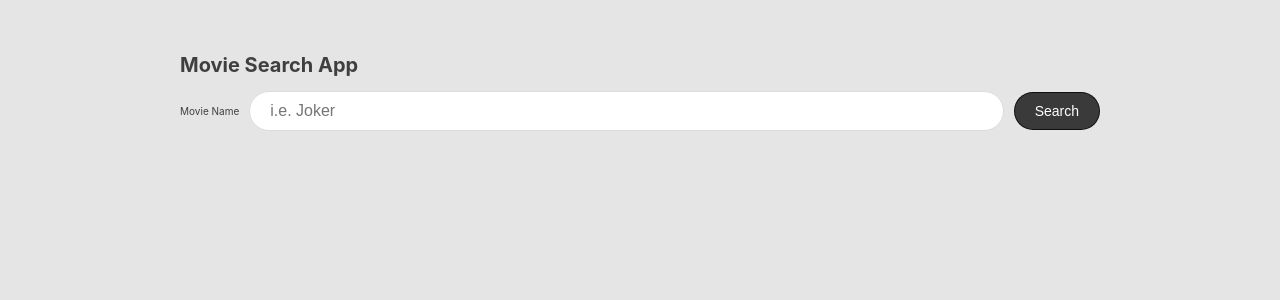
Repository: alialshara94/Movies-Search-React
Page: /
An editor plug-in stored every save of this project. The page is shown before and after the next save, followed by the edit.
The browser window is 1280 px wide. The pictures show the whole page.
The project was rebuilt for these pictures with package versions that can differ from the ones it lists, and the page was loaded fresh each time.

Above is the page before, as saved 2020-10-22 01:04:20.

### src/App.js
import React from 'react';
import './App.css';
import SearchMovies from './components/SearchMovies';

function App() {
  return (
    <div className="container">
      <h1>Movie Search App</h1>
      <SearchMovies/>
    </div>
  );
}

export default App;

### src/App.css
html {
  font-size: 10px;
}

* {
  box-sizing: border-box;
}

body {
  margin: 0;
  padding: 0;
  background-color: #e5e5e5;
  color: rgb(65, 62, 62);
}

p {
  font-size: 1.6rem;
}

small {
  font-size: 1.2rem;
}

.container {
  margin: 0 auto;
  max-width:1000px;
  padding: 40px;
}

.title {
  font-size: 4.4rem;
  text-align: center
}

.form {
  display:grid;
}

.label {
  font-size: 1.2rem;
  margin-bottom: 0.2rem;
  text-transform: uppercase;
}

.input {
  font-size: 1.6rem;
  padding: 0.5rem 2rem;
  line-height: 2.8rem;
  border-radius: 20px;
  border: 1px solid #ddd;
  margin-bottom: 1rem;
}

.button {
  background-color: rgba(0,0,0,0.75);
  color: white;
  padding: 1rem 2rem;
  border: 1px solid rgba(0,0,0,0.75);
  border-radius: 20px;
  font-size: 1.4rem;
  cursor: pointer;
  transition: background-color 250ms;
}

.button:hover {
  background-color: rgba(0, 0, 0, 0.678);
}

@media (min-width:786px){
  .form {
      grid-template-columns: auto 1fr auto;
      grid-gap: 1rem;
      align-items: center;
  }

  .input {
      margin-bottom: 0;
  }
}

.card-list {
  margin-top: 4rem;
}

.card {
  padding: 2rem 4rem;
  border-radius: 10px;
  box-shadow: 1px 1px 5px rgba(0, 0, 0, 0.349);
  margin-bottom: 2rem;
  background-color: rgb(255, 238, 238);
}

.card--title {
  margin-bottom: 0.5rem;
  font-size: 3.2rem;
}

.card--image {
  margin: 0 auto;
  display: block
}

### src/components/SearchMovies.js
import React, { useState } from 'react';
import MovieCard from './MovieCard';
// https://api.themoviedb.org/3/movie/550?api_key=7c00834b035c312442f00360919940b7
//
// https://api.themoviedb.org/3/search/company?api_key=<<api_key>>&query=a&page=1

const SearchMovies = () => {


    const [query, setQuery] = useState('');
    const [movies, setMovies] = useState([]);

    const searchMovies = async e => {
        e.preventDefault();
        console.log("ok");
        const api_key = "7c00834b035c312442f00360919940b7";
        const url = `https://api.themoviedb.org/3/search/movie?api_key=${api_key}&query=${query}&page=1`;

        try {
            const res = await fetch(url);
            const data = await res.json();
            setMovies(data.results);
        } catch (err) {
            console.error(err);
        }
    };

    const handleQuerySearch = e => {
        setQuery(e.target.value);
    }

    return (
        <div>
            <form className="form" onSubmit={searchMovies}>
                <label htmlFor="query" className="Label">Movie Name</label>
                <input className="input" onChange={handleQuerySearch} value={query} type="text" name="query" placeholder="i.e. Joker" />
                <button type="submit" className="button">Search</button>
            </form>
            <MovieCard movies={movies}/>
        </div>
    );
}

export default SearchMovies;

### src/components/MovieCard.js
import React from 'react';

const MovieCard = ({movies}) => {
    return (
        <div className="card-list">
            {movies.filter(movie => movie.poster_path).map(movie => (
                <div className="card" key={movie.id}>
                    <img className="card--image"
                        src={`https://image.tmdb.org/t/p/w185_and_h278_bestv2/${movie.poster_path}`}
                        alt={movie.title + ' info'}
                    />
                    <div className="card--content">
                        <h3 className="card--title">{movie.title}</h3>
                        <p><small>RELEASE DATE: {movie.release_date}</small></p>
                        <p><small>RATING: {movie.vote_average}</small></p>
                        <p className="card--desc">{movie.overview}</p>
                    </div>
                </div>
            ))}
        </div>
    );
};

export default MovieCard;

Loaded but not shown: public/index.html (common file); src/index.js (common file); src/index.css (common file); src/serviceWorker.js (common file)

After the next save:
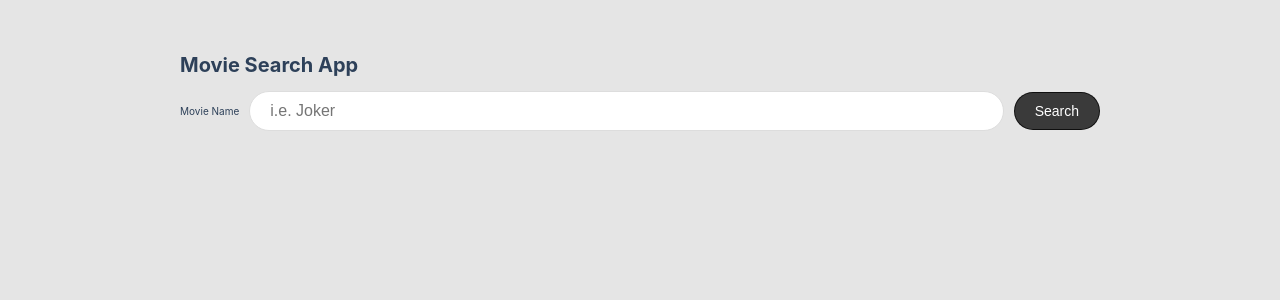
Saved 16 s later.
--- a/src/App.css
+++ b/src/App.css
@@ -10,7 +10,7 @@ body {
   margin: 0;
   padding: 0;
   background-color: #e5e5e5;
-  color: rgb(65, 62, 62);
+  color: #2d4059;
 }
 
 p {
